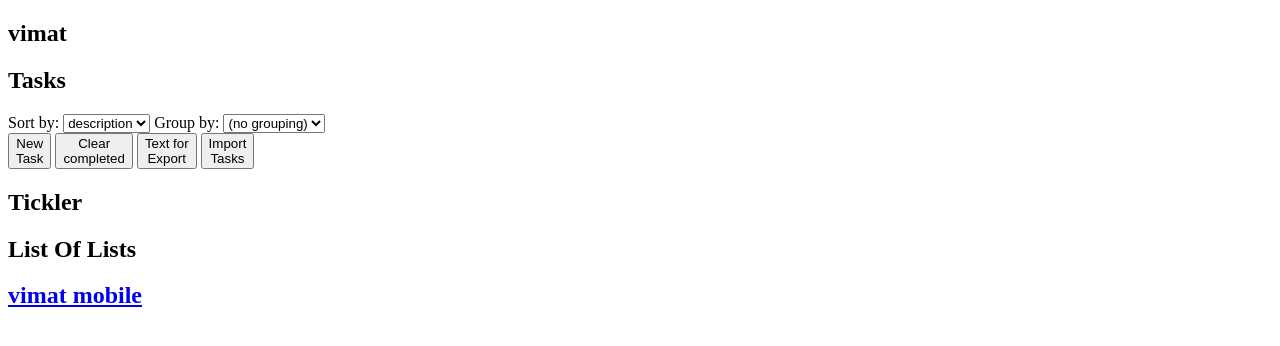
Repository: azwarners/vimat
Page: VIMAT/index.html
The author's editor kept a record of every edit. The page is drawn from the files as they stood at one moment, then again after the next edit.
The browser window is 1280 px wide. The pictures show the whole page.

Above is the page before.
Console error: ReferenceError: createNS is not defined

### VIMAT/index.html
<!DOCTYPE html>

<!-- /*
 * Copyright (C) 2013 nick
 *
 * This program is free software: you can redistribute it and/or modify
 * it under the terms of the GNU General Public License as published by
 * the Free Software Foundation, either version 3 of the License, or
 * (at your option) any later version.
 *
 * This program is distributed in the hope that it will be useful,
 * but WITHOUT ANY WARRANTY; without even the implied warranty of
 * MERCHANTABILITY or FITNESS FOR A PARTICULAR PURPOSE.  See the
 * GNU General Public License for more details.
 *
 * You should have received a copy of the GNU General Public License
 * along with this program.  If not, see <http://www.gnu.org/licenses/>.
 */
/*
 * The MIT License
 *
 * Copyright 2013 nick.
 *
 * Permission is hereby granted, free of charge, to any person obtaining a copy
 * of this software and associated documentation files (the "Software"), to deal
 * in the Software without restriction, including without limitation the rights
 * to use, copy, modify, merge, publish, distribute, sublicense, and/or sell
 * copies of the Software, and to permit persons to whom the Software is
 * furnished to do so, subject to the following conditions:
 *
 * The above copyright notice and this permission notice shall be included in
 * all copies or substantial portions of the Software.
 *
 * THE SOFTWARE IS PROVIDED "AS IS", WITHOUT WARRANTY OF ANY KIND, EXPRESS OR
 * IMPLIED, INCLUDING BUT NOT LIMITED TO THE WARRANTIES OF MERCHANTABILITY,
 * FITNESS FOR A PARTICULAR PURPOSE AND NONINFRINGEMENT. IN NO EVENT SHALL THE
 * AUTHORS OR COPYRIGHT HOLDERS BE LIABLE FOR ANY CLAIM, DAMAGES OR OTHER
 * LIABILITY, WHETHER IN AN ACTION OF CONTRACT, TORT OR OTHERWISE, ARISING FROM,
 * OUT OF OR IN CONNECTION WITH THE SOFTWARE OR THE USE OR OTHER DEALINGS IN
 * THE SOFTWARE.
 */ -->

<html>
    <head>
        <title>vimat</title>
        <link rel="icon" type="image/png" href="resources/rosiefavicon.png"/>
        <link rel="stylesheet" href="vimat.css"/>
    </head>

    <body onload="initialize()" id="body">
        <section class="tool">
          <h1>vimat</h1>
        </section>
        <section class="tool">
            <h2 onclick="taskListModuleHeaderClicked()">Tasks</h2>
            <div id="taskListTool" class="hidden">
                Sort by: <select id="sortBySelect">
                    <option value="description">description</option>
                    <option value="folder">folder</option>
                    <option value="context">context</option>
                    <option value="compass">compass</option>
                    <option value="dueDate">due date</option>
                    <option value="priority">priority</option>
                    <option value="urgency">urgency</option>
                    <option value="repeats">repeating</option>
                    <option value="finished">finished</option>
                    <!-- Add options for history stats by grouped property -->
                </select>
                Group by: <select id ="groupBySelect">
                    <option value="none">(no grouping)</option>
                    <option value="folder">folder</option>
                    <option value="context">context</option>
                    <option value="compass">compass</option>
                    <option value="dueDate">due date</option>
                    <option value="priority">priority</option>
                    <option value="urgency">urgency</option>
                    <option value="repeats">repeating</option>
                    <option value="finished">finished</option>
                </select><br>
                <button onclick="newTaskClicked()">New<br/>Task</button>
                <button onclick="clearCompletedClicked()">Clear<br/>completed</button>
                <button onclick="textExportClicked()">Text for<br/>Export</button>
                <button onclick="textImportClicked()">Import<br/>Tasks</button>
                <div id="divForStringify"></div>
                <div id="newTaskForm"></div>
                <div id="taskListDiv"></div>
          </div>
        </section>

        <section class="tool">
            <h2 onclick="ticklerHeaderClicked()">Tickler</h2>
            <div id="ticklerTool"></div>
        </section>

        <section class="tool">
          <h2 onclick="listOfListsHeaderClicked()">List Of Lists</h2>
          <div id="listOfListsTool"></div>
        </section>

        <section class="tool">
            <h2><a href="mobile/index.html">vimat mobile</a></h2>
            <div id="listOfListsTool"></div>
        </section>

        <script src="js/utilities.js"></script>
        <script src="js/settings.js"></script>
        <script src="js/tasks.js"></script>
        <script src="js/projects.js"></script>
        <script src="js/controller.js"></script>
        <script src="vimat.js"></script>
        <script src="js/model.js"></script>
        <script src="htm/htm.js"></script>
        <script src="js/view.js"></script>
        <script src="js/db.js"></script>
        <script src="js/lists.js"></script>
        <script src="js/history.js"></script>

    </body>
</html>

### VIMAT/js/settings.js
/*
	******************************************************************
	 Copyright 2013 Nicholas Warner

	 This file is part of vimat.

    vimat is free software: you can redistribute it and/or modify
    it under the terms of the GNU General Public License as published by
    the Free Software Foundation, either version 3 of the License, or
    (at your option) any later version.

    vimat is distributed in the hope that it will be useful,
    but WITHOUT ANY WARRANTY; without even the implied warranty of
    MERCHANTABILITY or FITNESS FOR A PARTICULAR PURPOSE.  See the
    GNU General Public License for more details.

    You should have received a copy of the GNU General Public License
    along with vimat.  If not, see <http://www.gnu.org/licenses/>.
	******************************************************************
*/

// Root Namespace
var VIMAT = VIMAT || {};

// Create the namespace for the task list
createNS("VIMAT.SETTINGS");

VIMAT.SETTINGS.general = ( function () {
    // private variables
    var taskListIsDisplayed = false;

    // private methods
    var getTaskListIsDisplayed = function(){
        return taskListIsDisplayed;
    };
    var setTaskListIsDisplayed = function(t){
        taskListIsDisplayed = t;
    };
    // public API
    return {
        getTaskListIsDisplayed: getTaskListIsDisplayed,
        setTaskListIsDisplayed: setTaskListIsDisplayed
    };
}) ();

### VIMAT/vimat.js
/*
	******************************************************************
	 Copyright 2013 Nicholas Warner

	 This file is part of vimat.

    vimat is free software: you can redistribute it and/or modify
    it under the terms of the GNU General Public License as published by
    the Free Software Foundation, either version 3 of the License, or
    (at your option) any later version.

    vimat is distributed in the hope that it will be useful,
    but WITHOUT ANY WARRANTY; without even the implied warranty of
    MERCHANTABILITY or FITNESS FOR A PARTICULAR PURPOSE.  See the
    GNU General Public License for more details.

    You should have received a copy of the GNU General Public License
    along with vimat.  If not, see <http://www.gnu.org/licenses/>.
	******************************************************************
*/

var VIMAT = VIMAT || {};

/*
This file is a facade for 'js/controller.js'
This is essentially a file containing the functions for a large
    and growing list of onclick attributes defined in the html
    tags located in index.html and htm/htm.js.
This file may disappear or change as I learn how to implement
    event handlers. According to most of the textbooks, onclick
    in the markup is bad, but click event handler in the script
    is good. It seems to me that either way you have a little bit
    of bleeding between the presentation layer and the logic
    layer. I will, however, eventually follow convention.
*/

VIMAT.namespace("VIMAT.CONTROLLER");

function initialize(){
    VIMAT.CONTROLLER.initialize();
}

// Task List Old
function taskListHeaderClicked() {
    VIMAT.CONTROLLER.taskListHeaderClicked();
}
function stringifyTasks() {
    VIMAT.CONTROLLER.stringifyTasks();
}
function addTaskButtonClicked() {
    VIMAT.CONTROLLER.addTaskButtonClicked();
}
function checkBoxChanged(e) {
    VIMAT.CONTROLLER.checkBoxChanged(e);
}
function newTaskButtonClicked(){
    VIMAT.CONTROLLER.newTaskButtonClicked();
}
function clearCompletedButtonClicked() {
    VIMAT.CONTROLLER.clearCompletedButtonClicked();
}
function moveToProjectButtonClicked() {
    VIMAT.CONTROLLER.moveToProjectButtonClicked();
}
function taskClicked(e) {
    VIMAT.CONTROLLER.taskClicked(e);
}
function editTaskButtonClicked() {
    VIMAT.CONTROLLER.editTaskButtonClicked();
}

// Task List Module New
function taskListModuleHeaderClicked() {
    VIMAT.CONTROLLER.taskListModuleHeaderClicked();
}
function textExportClicked() {
    VIMAT.CONTROLLER.textExportClicked();
}
function textImportClicked() {
    VIMAT.CONTROLLER.textImportClicked();
}
function importClicked() {
    VIMAT.CONTROLLER.importClicked();
}
function newTaskClicked(){
    VIMAT.CONTROLLER.newTaskClicked();
}
function clearCompletedClicked() {
    VIMAT.CONTROLLER.clearCompletedClicked();
}
function moveToProjectClicked() {
    VIMAT.CONTROLLER.moveToProjectClicked();
}
function addTaskClicked() {
    VIMAT.CONTROLLER.addTaskClicked();
}
// function checkBoxChanged(e) {
//     VIMAT.CONTROLLER.checkBoxChanged(e);
// }
// function taskClicked(e) {
//     VIMAT.CONTROLLER.taskClicked(e);
// }
function editTaskClicked() {
    VIMAT.CONTROLLER.editTaskClicked();
}

// Tickler
function ticklerHeaderClicked() {
    VIMAT.CONTROLLER.ticklerHeaderClicked();
}

// Compass
function compassHeaderClicked() {
    VIMAT.CONTROLLER.compassHeaderClicked();
}

// Time Tracker
function punchIn(e) {
    VIMAT.CONTROLLER.punchIn(e);
}
function punchOut(e) {
    VIMAT.CONTROLLER.punchOut(e);
}

// Notes
function notesHeaderClicked() {
    VIMAT.CONTROLLER.notesHeaderClicked();
}
function newNoteButtonClicked(){
    VIMAT.CONTROLLER.newNoteButtonClicked();
}
function addNoteButtonClicked() {
    VIMAT.CONTROLLER.addNoteButtonClicked();
}

// Project List
function projectsHeaderClicked() {
    VIMAT.CONTROLLER.projectsHeaderClicked();
}
function addProjectButtonClicked() {
    VIMAT.CONTROLLER.addProjectButtonClicked();
}
function newProjectButtonClicked(){
    VIMAT.CONTROLLER.newProjectButtonClicked();
}

// calendar
function calendarHeaderClicked() {
    VIMAT.CONTROLLER.calendarHeaderClicked();
}

// List of Lists
function listOfListsHeaderClicked() {
    VIMAT.CONTROLLER.listOfListsHeaderClicked();
}
function listItemCheckBoxChanged(e) {
    VIMAT.CONTROLLER.listItemCheckBoxChanged(e);
}
function newListButtonClicked() {
    VIMAT.CONTROLLER.newListButtonClicked();
}
function newItemButtonClicked() {
    VIMAT.CONTROLLER.newItemButtonClicked();
}
function currentListChanged() {
    VIMAT.CONTROLLER.currentListChanged();
}

### VIMAT/js/model.js


var VIMAT = VIMAT || {};

// time tracker
var trackedTimes = [];
function TrackedTime(st, c) {
    // expects a JSON time/date string for st and a string for c
    this.startTime = st;
    this.endTime;
    this.compass = c;
}
function timeTrackerStatsForCompass() {
    var stats = [];
    for (var j in compassCategories) {
        var dt = new Date();
        var h = 'D ';
        var d = 0;
        var ds = 0;
        var w = 0;
        var m = 0;
        for (var i in trackedTimes) {
            if (trackedTimes[i].compass === compassCategories[j]) {
                if (dt - new Date(trackedTimes[i].startTime) < msInMonth) {
                    if (trackedTimes[i].endTime) {
                        m += (new Date(trackedTimes[i].endTime) - new Date(trackedTimes[i].startTime)) / 60000;
                    }
                    else {
                        m += (dt - new Date(trackedTimes[i].startTime)) / 60000;
                    }
                }
                if (dt - new Date(trackedTimes[i].startTime) < msInWeek) {
                    if (trackedTimes[i].endTime) {
                        w += (new Date(trackedTimes[i].endTime) - new Date(trackedTimes[i].startTime)) / 60000;
                    }
                    else {
                        w += (dt - new Date(trackedTimes[i].startTime)) / 60000;
                    }
                }
                if (dt - new Date(trackedTimes[i].startTime) < msInDay) {
                    if (trackedTimes[i].endTime) {
                        d += (new Date(trackedTimes[i].endTime) - new Date(trackedTimes[i].startTime)) / 60000;
                    }
                    else {
                        d += (dt - new Date(trackedTimes[i].startTime)) / 60000;
                    }
                }
            }
        }
        ds = (d - Math.floor(d)) * 60;
        if (ds < 10) {
            ds = '0' + Math.floor(ds).toString();
            h += Math.floor(d) + ':' + ds + ' / W ' + Math.floor(w) + ' / M ' + Math.floor(m);
        }
        else {
            h += Math.floor(d) + ':' + Math.floor(ds) + ' / W ' + Math.floor(w) + ' / M ' + Math.floor(m);

        }
        stats[j] = h;
    }
    return stats;
}

// calendar
VIMAT.namespace("VIMAT.MODEL.CALENDAR");
VIMAT.MODEL.CALENDAR.Event = function (d) {
    // *** Private Properties
    var description = d,
        date = '';

    // *** Private Methods
    function getDescription() {
        return description;
    }
    function setDescription(d) {
        description = d;
    }
    function getDate() {
        return date;
    }
    function setDate (d) {
        date = d;
    }

    // *** Public API
    return {
        getDescription:     getDescription,
        setDescription:     setDescription,
        getDate:            getDate,
        setDate:            setDate
    };
};
VIMAT.MODEL.CALENDAR.calendar = (function () {
    // *** Private Properties
    var arrayContent = [];

    // *** Private Methods
    function addEvent(e) {
        arrayContent.push(e);
    }

    // *** Public API
    return {
        addEvent:       addEvent
    };
}());

// Notes
function Note(description, content) {
    this.description = description;
    this.content = content;
    this.project = '';
}
var notes = [];

// settings
function Settings() {

    // task list
    var defaultTaskDueDate = '';
    var defaultTaskCompass = 'Chores';
    var taskListToolIsDisplayed = false;

    // tickler
    var ticklerToolIsDisplayed = false;

    // calendar
    var calendarToolIsDisplayed = false;

    // compass
    var compassToolIsDisplayed = false;

    // notes
    var notesToolIsDisplayed = false;

}
var settings = new Settings();

// Misc Data
VIMAT.namespace("VIMAT.MODEL.MISC");
VIMAT.MODEL.MISC = (function () {
    // *** Private Properties
    var compassCategories = [   "Wellness",
                                "Education",
                                "Finance",
                                "Art",
                                "Chores",
                                "Relations",
                                "Projects",
                                "Tools" ];

    // *** Private Methods
    function getCompassCategories() {
        return compassCategories;
    }
    function getMsInHour() {
        return msInHour;
    }
    function getMsInDay() {
        return msInDay;
    }
    function getMsInWeek() {
        return msInWeek;
    }
    function getMsInMonth() {
        return msInMonth;
    }
    function getMsInYear() {
        return msInYear;
    }

    // *** Public API
    return {
        getCompassCategories:   getCompassCategories,
        getMsInHour:            getMsInHour,
        getMsInDay:             getMsInDay,
        getMsInWeek:            getMsInWeek,
        getMsInMonth:           getMsInMonth,
        getMsInYear:            getMsInYear
    };
}());
var compassCategories = [   "Wellness",
                            "Education",
                            "Finance",
                            "Art",
                            "Chores",
                            "Relations",
                            "Projects",
                            "Tools"     ];

### VIMAT/htm/htm.js
/*
	******************************************************************
	 Copyright 2013 Nicholas Warner

	 This file is part of vimat.

    vimat is free software: you can redistribute it and/or modify
    it under the terms of the GNU General Public License as published by
    the Free Software Foundation, either version 3 of the License, or
    (at your option) any later version.

    vimat is distributed in the hope that it will be useful,
    but WITHOUT ANY WARRANTY; without even the implied warranty of
    MERCHANTABILITY or FITNESS FOR A PARTICULAR PURPOSE.  See the
    GNU General Public License for more details.

    You should have received a copy of the GNU General Public License
    along with vimat.  If not, see <http://www.gnu.org/licenses/>.
	******************************************************************
*/

var VIMAT = VIMAT || {};

VIMAT.namespace("VIMAT.HTM");

VIMAT.HTM.listOfListsTool = (function () {
    var h = '<input id="newListInput" type="text" placeholder="Name of new list">';
    h += '<button onclick="newListButtonClicked()">Add<br/>List</button>';
    if (VIMAT.SETTINGS.listOfLists.getCurrentListName()) {
        h += '<h3>Choose a list to view: ';
        h += VIMAT.UTILITIES.VIEW.buildSelectTagFromList(
                VIMAT.MODEL.LISTS.listOfLists.getListOfListNames(),
                VIMAT.SETTINGS.listOfLists.getCurrentListName(), "listSelect",
                "currentListChanged()") + '<br/>';
        h += '<input id="newItemInput" type="text" placeholder="New item for: ';
        h += VIMAT.SETTINGS.listOfLists.getCurrentListName() + '">';
        h += '<button onclick="newItemButtonClicked()">Add<br/>Item</button><br/>';
    }
    h += '<div id="listOfListsListDiv"></div>';
    return h;
});
VIMAT.HTM.taskListTool = (function () {
    var h = '<button onclick="newTaskClicked()">New<br/>Task</button>' +
        '<button onclick="clearCompletedClicked()">Clear<br/>completed</button>' +
        // '<button onclick="moveToProjectClicked()">Move to<br/>project</button>' +
        '<button onclick="textExportClicked()">Text for<br/>Export</button>' +
        '<button onclick="textImportClicked()">Import<br/>Tasks</button>' +
        '<div id="divForStringify"></div><div id="newTaskForm"></div><div id="taskListDiv"></div>';
    return h;
});
VIMAT.HTM.ticklerTool = (function () {
    var h = '<div id="ticklerTaskListDiv"></div>';
    return h;
});
VIMAT.HTM.taskForm = (function (t, n) {
    var h,
        d = new Date(); // for setting the default to today's date

    // description text box
    h = '<section class="form">Description: <input type="text" id="taskInput"';
    if (t.getDescription()) {
        h += ' value="' + t.getDescription() + '"';
    }
    h += '/><br/>';

    // folder text box
    h += 'Folder: <input type="text" id="folderInput"';
    if (t.getFolder()) {
        h += ' value="' + t.getFolder() + '"';
    }
    h += '/><br/>';

    // compass drop down
    h += 'Compass: ' + VIMAT.UTILITIES.VIEW.buildSelectTagFromList(
            VIMAT.MODEL.MISC.getCompassCategories(), t.getCompass(), 'compassInput',
            false) + '<br/>';

    // date picker
    h += 'Date: <input type="date" id="dueDateInput" value="';
    h += (t.getDueDate()).slice(0, 10) + '"><br/>';

    // repeat
    h += 'Check to repeat: <input type="checkbox" id="repeatCheckBox"';
    if (t.getRepeats()) {
        h += ' checked';
    }
    h += '><br/>';
    h += 'Repeat from: <input type="radio" name="repeatFrom" value="due"';
    if (t.getDueOrCompletion() === 'd') {
        h += ' checked="true"';
    }
    h += '>Due Date ';
    h += '<input type="radio" name="repeatFrom" value="completion"';
    if (t.getDueOrCompletion() === 'c') {
        h += ' checked="true"';
    }
    h += '>Completion Date<br/>';
    h += 'Every <input type="number" id="frequency" min="1" value="';
    h += t.getFrequency + '">';
    h += '<select id="interval"><option value="d">day</option>';
    h += '<option value="w">week</option><option value="m">month</option>';
    h += '<option value="y">year</option></select><br/>';

    // save button
    h += '<button onclick="';
    if (n === 'E') {
        h += 'editTaskClicked()';
    }
    else {
        h += 'addTaskClicked()';
    }
    h += '">Save Task</button></section>';

    return h;
});
VIMAT.HTM.getMarkupForTask = (function (t, condition) {
    var htm = '';
    // checkbox
    htm += VIMAT.UTILITIES.VIEW.getCheckBoxMarkup(
            "checkBoxChanged(event)", t.getId(), t.getFinished());
    htm += '<span class="task">';
    // description
    htm += '<span onclick="taskClicked(event)" id="';
    htm += t.getId() + '">';
    htm += t.getDescription();
    htm += '</span><br/>';
    // compass
    if (!(condition === 'noCompass')) {
        if (t.getCompass()) {
            htm += t.getCompass() + '   ';
        }
    }
    // repeats
    if (t.getRepeats()) {
        htm += 'R   ';
    }
    // due date
    if (t.getDueDate()) {
        htm += (new Date(t.getDueDate())).toDateString() + '<br/>';
    }
    // container for an optional edit form
    htm += '<div id="ef' + t.getId() + '"></div>';
    htm += '</span>';
    return htm;
});

### VIMAT/js/history.js
/*
 * Copyright (C) 2013 nick
 *
 * This program is free software: you can redistribute it and/or modify
 * it under the terms of the GNU General Public License as published by
 * the Free Software Foundation, either version 3 of the License, or
 * (at your option) any later version.
 *
 * This program is distributed in the hope that it will be useful,
 * but WITHOUT ANY WARRANTY; without even the implied warranty of
 * MERCHANTABILITY or FITNESS FOR A PARTICULAR PURPOSE.  See the
 * GNU General Public License for more details.
 *
 * You should have received a copy of the GNU General Public License
 * along with this program.  If not, see <http://www.gnu.org/licenses/>.
 */
/*
 * The MIT License
 *
 * Copyright 2013 nick.
 *
 * Permission is hereby granted, free of charge, to any person obtaining a copy
 * of this software and associated documentation files (the "Software"), to deal
 * in the Software without restriction, including without limitation the rights
 * to use, copy, modify, merge, publish, distribute, sublicense, and/or sell
 * copies of the Software, and to permit persons to whom the Software is
 * furnished to do so, subject to the following conditions:
 *
 * The above copyright notice and this permission notice shall be included in
 * all copies or substantial portions of the Software.
 *
 * THE SOFTWARE IS PROVIDED "AS IS", WITHOUT WARRANTY OF ANY KIND, EXPRESS OR
 * IMPLIED, INCLUDING BUT NOT LIMITED TO THE WARRANTIES OF MERCHANTABILITY,
 * FITNESS FOR A PARTICULAR PURPOSE AND NONINFRINGEMENT. IN NO EVENT SHALL THE
 * AUTHORS OR COPYRIGHT HOLDERS BE LIABLE FOR ANY CLAIM, DAMAGES OR OTHER
 * LIABILITY, WHETHER IN AN ACTION OF CONTRACT, TORT OR OTHERWISE, ARISING FROM,
 * OUT OF OR IN CONNECTION WITH THE SOFTWARE OR THE USE OR OTHER DEALINGS IN
 * THE SOFTWARE.
 */

var VIMAT = VIMAT || {};

VIMAT.namespace('VIMAT.HISTORY');

VIMAT.HISTORY.taskHistory = [];

VIMAT.HISTORY.CompletedTask = function(task, completionTime) {
    this.description = task.description;
    this.compass = task.compass;
    this.JSONCompletedDate = completionTime;
    this.priority = task.priority;
    this.urgency = task.urgency;
    this.folder = task.folder;
    this.project = '';
    this.context = task.context;
};

VIMAT.HISTORY.completedTasksByPropertyValueInLastXMs = function (prop, val, ms, currentDate) {
    // Returns the number of completed tasks where a specific property is equal
    //      to a specific value in the last x amount of milliseconds.
    var i, sum = 0, ct,
        l = VIMAT.HISTORY.taskHistory.length,
        // change new date below to currentDate
        d = Date.parse(new Date());

    for (i = 0; i < l; i++) {
        ct = VIMAT.HISTORY.taskHistory[i];
        if (ct[prop] === val) {
            if (d - Date.parse(ct.JSONCompletedDate) < ms) {
                sum++;
            }
        }
    }
    return sum;
};

VIMAT.HISTORY.completedTasksByPropertyValue = function (prop, val) {
    var completedTasksByPropVal = [], completedTask,
        index, length = VIMAT.HISTORY.taskHistory.length;

    for (index = 0; index < length; index++) {
        completedTask = VIMAT.HISTORY.taskHistory[index];
        if (completedTask[prop] === val) {
            completedTasksByPropVal.push(completedTask);
        }
    }
    return completedTasksByPropVal;
};

VIMAT.HISTORY.msSinceLastCompletionByPropertyValue = function (prop, val, currentDate) {
    var lctbc, ms,
        // change new date below to currentDate
        d = new Date();

    lctbc = VIMAT.HISTORY.lastCompletionTimeByPropertyValue(prop, val);
    if (lctbc === '(none completed)') {
        return '(none completed)';
    }
    ms = (Date.parse(d) - Date.parse(lctbc));
    return ms;
};

VIMAT.HISTORY.lastCompletionTimeByPropertyValue = function (prop, val) {
    var index, length, completedTasksByPropertyValue, lastCompletionTimeByPropertyVal,
        completionTime = 0;

    completedTasksByPropertyValue = VIMAT.HISTORY.completedTasksByPropertyValue(prop, val);
    length = completedTasksByPropertyValue.length;
    if (length === 0) {
        return '(none completed)';
    }
    // completionTime = completedTasksByPropertyValue[0];
    // lastCompletionTimeByPropertyVal = completionTime.JSONCompletedDate;
    for (index = 0; index < length; index++) {
        if (completedTasksByPropertyValue[index].JSONCompletedDate > lastCompletionTimeByPropertyVal
                || completionTime === 0) {
            completionTime = completedTasksByPropertyValue[index];
            lastCompletionTimeByPropertyVal = completionTime.JSONCompletedDate;
        }
    }
    return lastCompletionTimeByPropertyVal;
};

Loaded but not shown: VIMAT/js/controller.js (565 lines, source omitted); VIMAT/js/view.js (457 lines, source omitted); VIMAT/js/tasks.js (489 lines, source omitted); VIMAT/js/db.js (350 lines, source omitted); VIMAT/js/projects.js (288 lines, source omitted); VIMAT/js/lists.js (269 lines, source omitted); VIMAT/js/utilities.js (277 lines, source omitted); VIMAT/vimat.css (no stored copy; drawn as an empty file)

After the next edit:
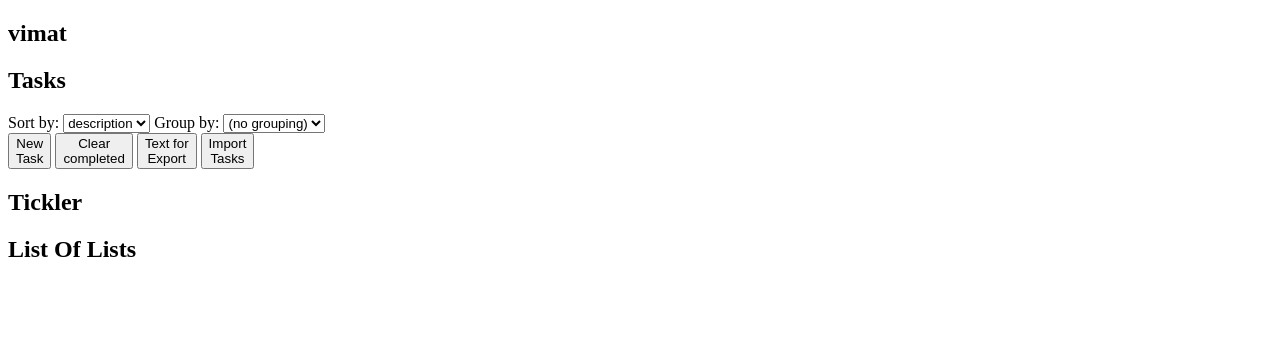
The edit:
--- a/VIMAT/index.html
+++ b/VIMAT/index.html
@@ -97,10 +97,10 @@
           <div id="listOfListsTool"></div>
         </section>
 
-        <section class="tool">
-            <h2><a href="mobile/index.html">vimat mobile</a></h2>
-            <div id="listOfListsTool"></div>
-        </section>
+        <!--<section class="tool">-->
+        <!--    <h2><a href="mobile/index.html">vimat mobile</a></h2>-->
+        <!--    <div id="listOfListsTool"></div>-->
+        <!--</section>-->
 
         <script src="js/utilities.js"></script>
         <script src="js/settings.js"></script>
